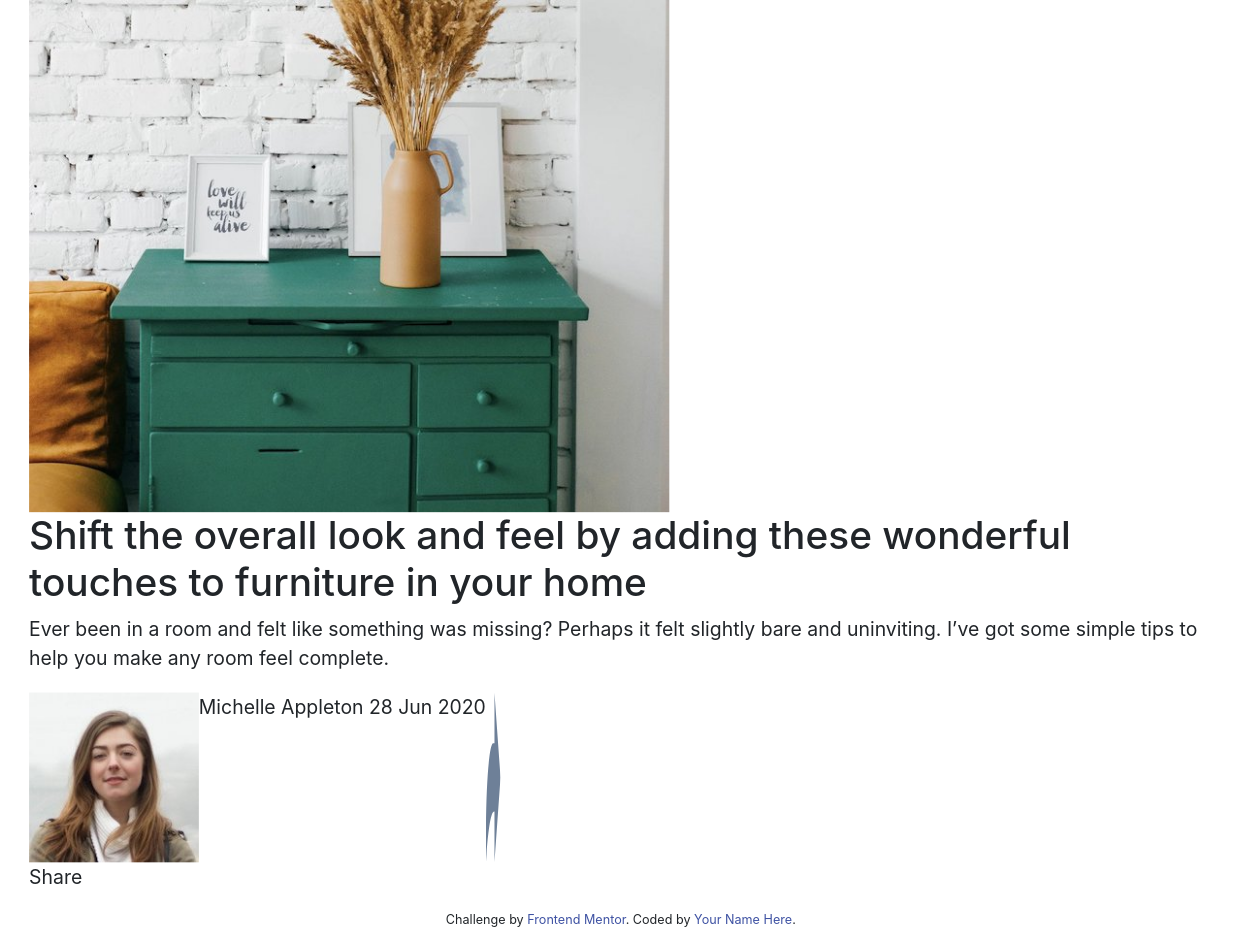
Repository: timiodulate/Article-Preview-Component
Page: index.html
These files come from the project's save history. The page is drawn as it stood at one moment and after a run of saves; the edit follows.
The browser window is 1280 px wide. The pictures show the whole page, at 97% of full size.

Above is the page before, as saved 2020-07-11 11:15:00.

After the next 9 saves:
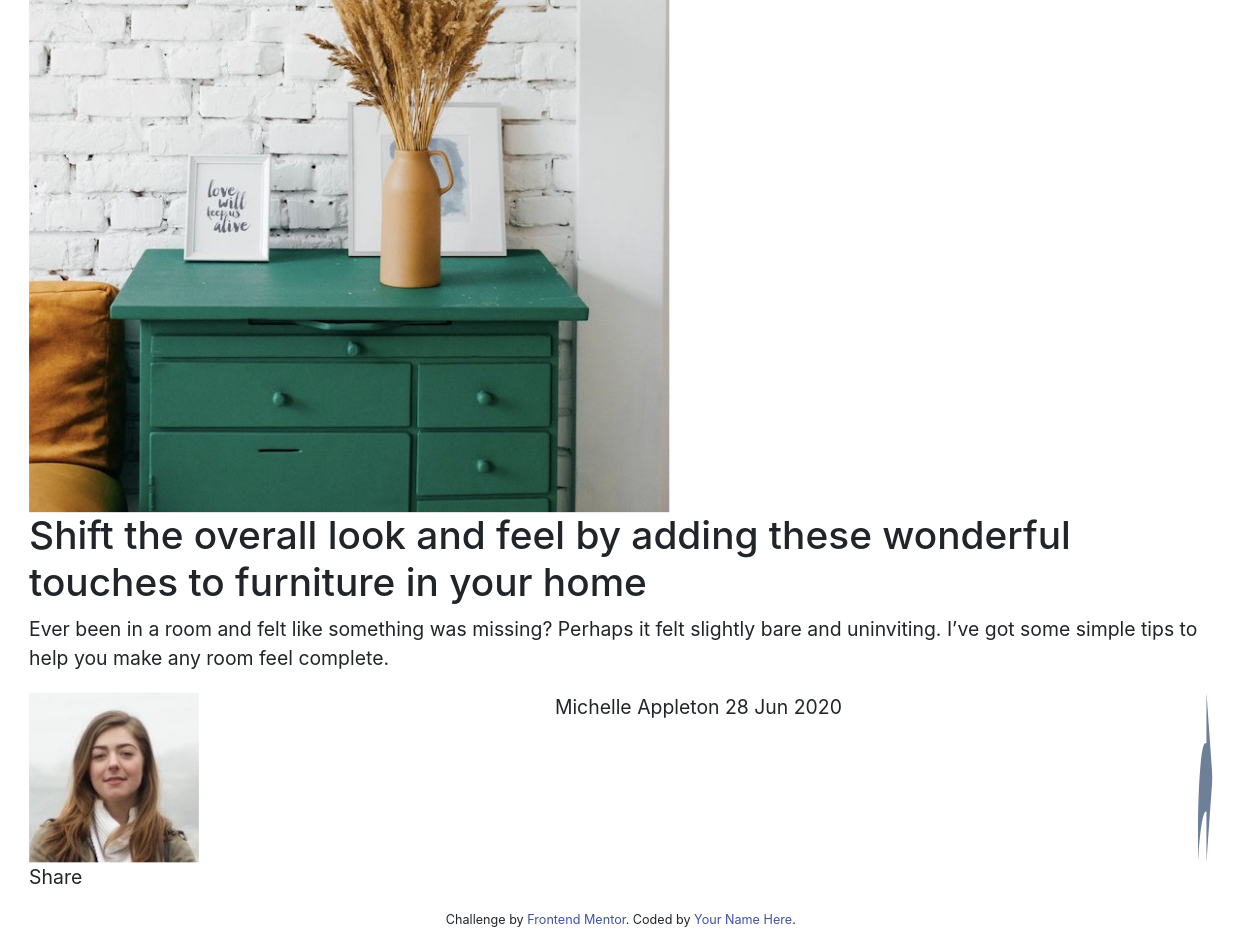
The 9 saves are shown as one change because they came seconds apart.
The last was saved 23 s later.
--- a/index.html
+++ b/index.html
@@ -30,7 +30,7 @@
           it felt slightly bare and uninviting. I’ve got some simple tips
           to help you make any room feel complete.
         </p>
-        <div class="userDetails d-flex ">
+        <div class="userDetails d-flex justify-content-between">
           <img src="./images/avatar-michelle.jpg" alt="">
           <div class="nameDate">
             Michelle Appleton
